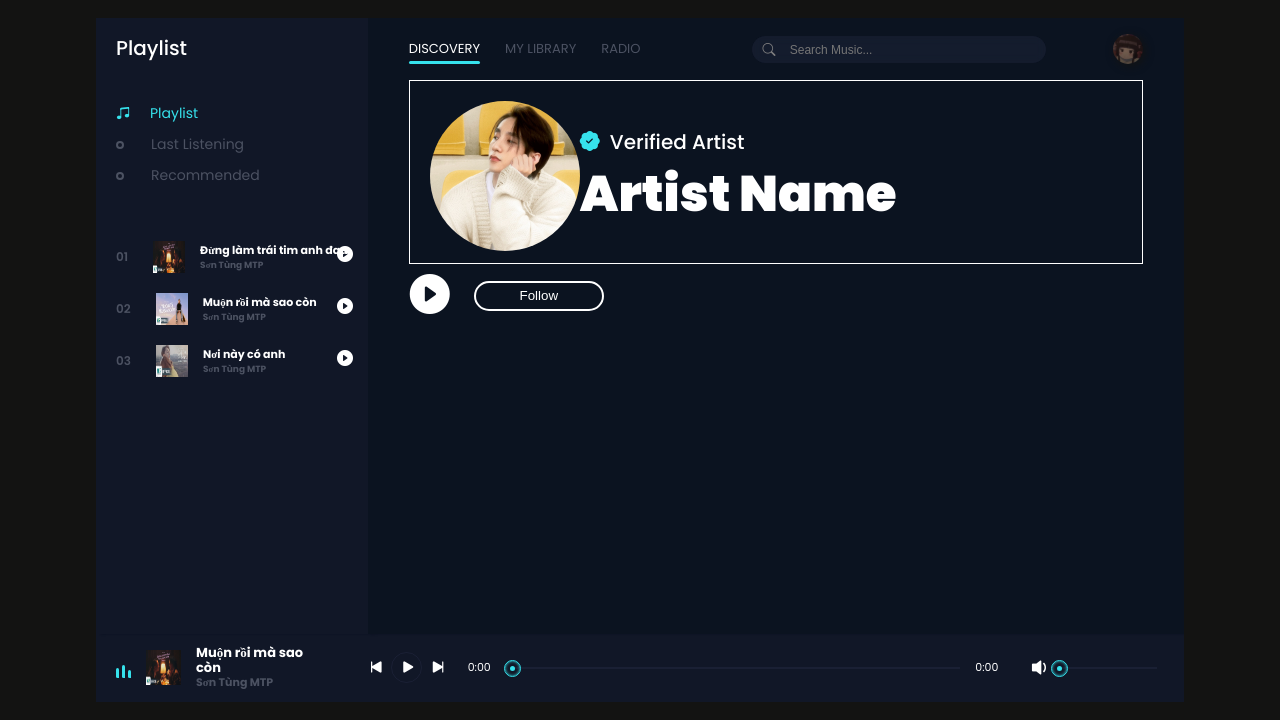
Repository: reminzuetto/Music-Website
Page: index.html
These files come from the project's save history. The page is drawn as it stood at one moment and after the next save; the edit follows.
The browser window is 1280 px wide. The pictures show the whole page.

Above is the page before, as saved 2024-06-11 13:03:50.

After the next save:
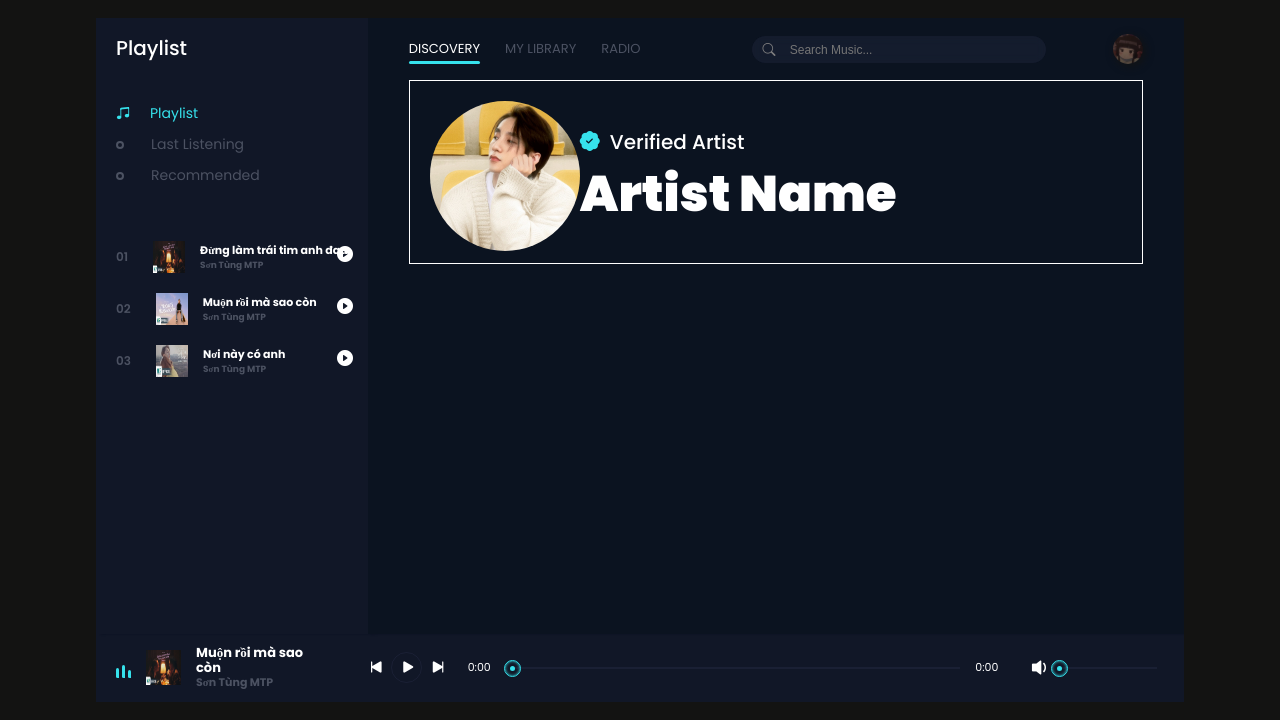
Saved 34 s later.
--- a/index.html
+++ b/index.html
@@ -89,10 +89,6 @@
               <div class="artist_name">Artist Name</div>
             </div>
           </div>
-          <div class="buttons">
-            <button class="play"><i class="bi bi-play-circle-fill"></i></button>
-            <button class="follow">Follow</button>
-          </div>
         </div>
       </div>
       <div class="master_play">
